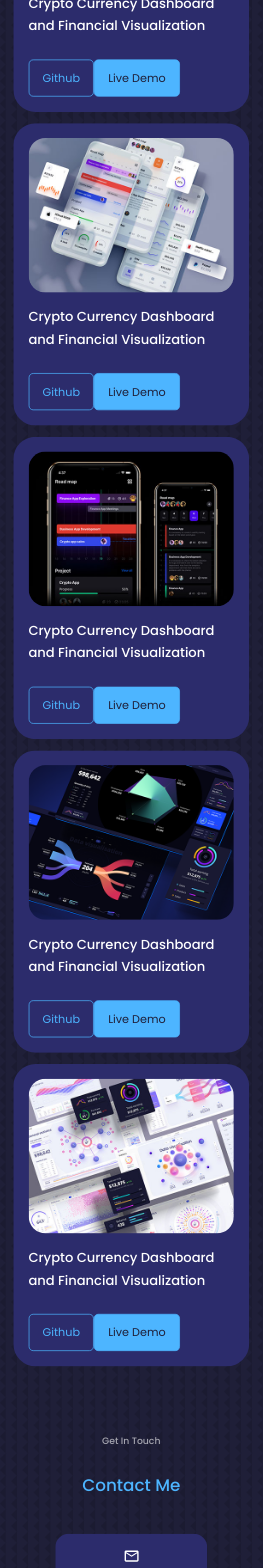
Repository: smallchungus/resumeWebsite
Page: / (app in hello/)
An editor plug-in stored every save of this project. The page is shown before and after the next save, followed by the edit.
The browser window is 375 px wide. The pictures show the part of the page from y = 4260 to 6500 px (the page is 7172 px tall), at 70% of full size.
The project was rebuilt for these pictures with package versions that can differ from the ones it lists, and the page was loaded fresh each time. Also part of the build but not shown: hello/src/components/services/Services.jsx, hello/src/components/testimonial/Testimonial.jsx, hello/src/components/footer/footer.css. Imported but missing from the stored project, and not drawn on this page: hello/src/assets/cv.pdf.

Above is the page before, as saved 2023-03-24 13:30:01.

After the next save:
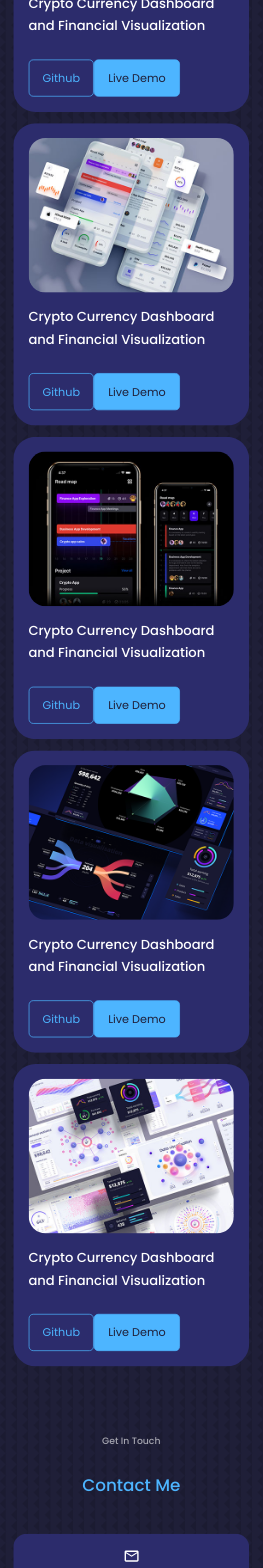
Saved 26 s later.
--- a/hello/src/components/contact/contact.css
+++ b/hello/src/components/contact/contact.css
@@ -59,3 +59,9 @@ input, textarea {
         gap: 2rem;
     }
 }
+
+@media screen and (max-width: 600px) {
+    .container.contact_container {
+        width: var(--container-width-sm);
+    }
+}
